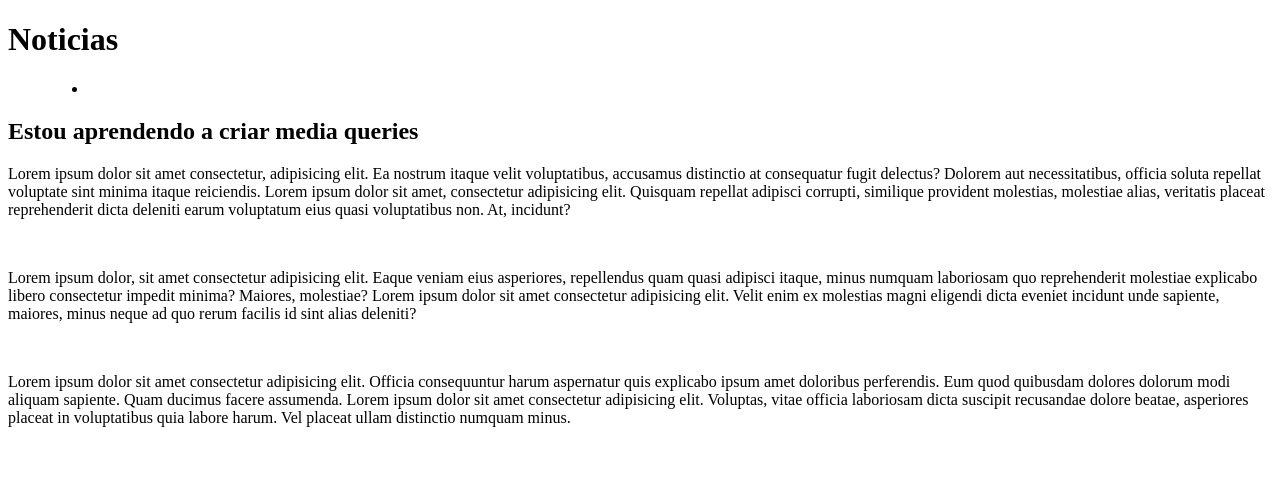
Repository: Lucianorodriguesdev/cursoHTML-CSS
Page: ex026/mq001/index.html
An editor plug-in stored every save of this project. The page is shown before and after the next save, followed by the edit.
The browser window is 1280 px wide. The pictures show the whole page.

Above is the page before, as saved 2026-07-13 16:56:34.

### ex026/mq001/index.html
<!DOCTYPE html>
<html lang="en">
<head>
    <meta charset="UTF-8">
    <meta name="viewport" content="width=device-width, initial-scale=1.0">
    <title>Media Queries</title>
</head>
<body>
    <header>
        <h1>Noticias</h1>
        <menu>
            <ul>
                <li></li>
            </ul>
        </menu>

    </header>
    <main>
        <article>
            <h2>Estou aprendendo a criar media queries</h2>
            <p>Lorem ipsum dolor sit amet consectetur, adipisicing elit. Ea nostrum itaque velit voluptatibus, accusamus distinctio at consequatur fugit delectus? Dolorem aut necessitatibus, officia soluta repellat voluptate sint minima itaque reiciendis. Lorem ipsum dolor sit amet, consectetur adipisicing elit. Quisquam repellat adipisci corrupti, similique provident molestias, molestiae alias, veritatis placeat reprehenderit dicta deleniti earum voluptatum eius quasi voluptatibus non. At, incidunt?</p>
            <br>
            <p>Lorem ipsum dolor, sit amet consectetur adipisicing elit. Eaque veniam eius asperiores, repellendus quam quasi adipisci itaque, minus numquam laboriosam quo reprehenderit molestiae explicabo libero consectetur impedit minima? Maiores, molestiae?
                Lorem ipsum dolor sit amet consectetur adipisicing elit. Velit enim ex molestias magni eligendi dicta eveniet incidunt unde sapiente, maiores, minus neque ad quo rerum facilis id sint alias deleniti?
            </p>
            <br>
            <p>
                Lorem ipsum dolor sit amet consectetur adipisicing elit. Officia consequuntur harum aspernatur quis explicabo ipsum amet doloribus perferendis. Eum quod quibusdam dolores dolorum modi aliquam sapiente. Quam ducimus facere assumenda. Lorem ipsum dolor sit amet consectetur adipisicing elit. Voluptas, vitae officia laboriosam dicta suscipit recusandae dolore beatae, asperiores placeat in voluptatibus quia labore harum. Vel placeat ullam distinctio numquam minus.

            </p>
        </article>
    </main>
</body>
</html>

After the next save:
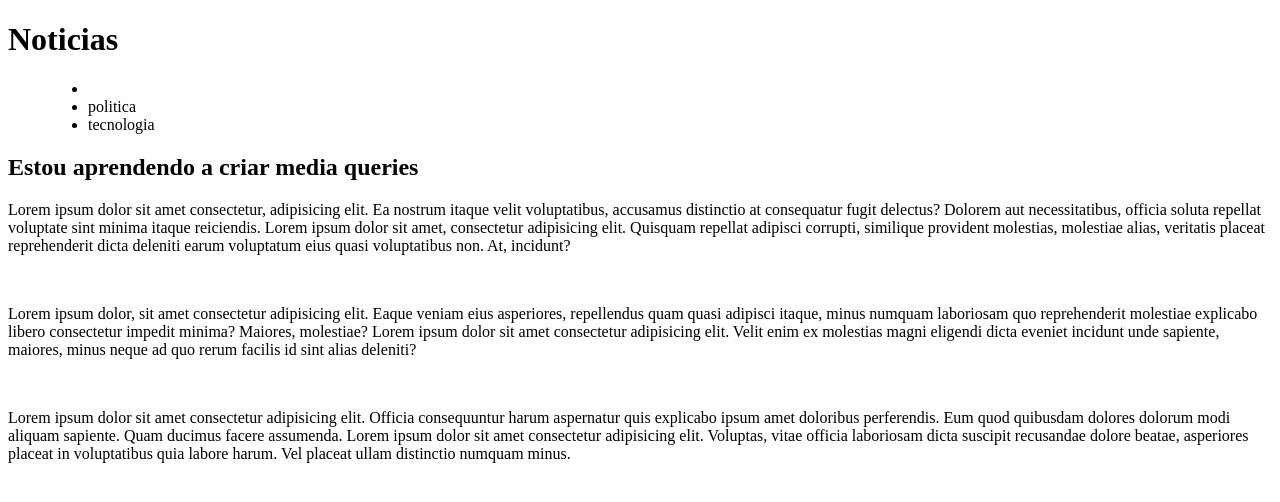
Saved 83 s later.
--- a/ex026/mq001/index.html
+++ b/ex026/mq001/index.html
@@ -11,6 +11,8 @@
         <menu>
             <ul>
                 <li></li>
+                <li>politica</li>
+                <li>tecnologia</li>
             </ul>
         </menu>
 
